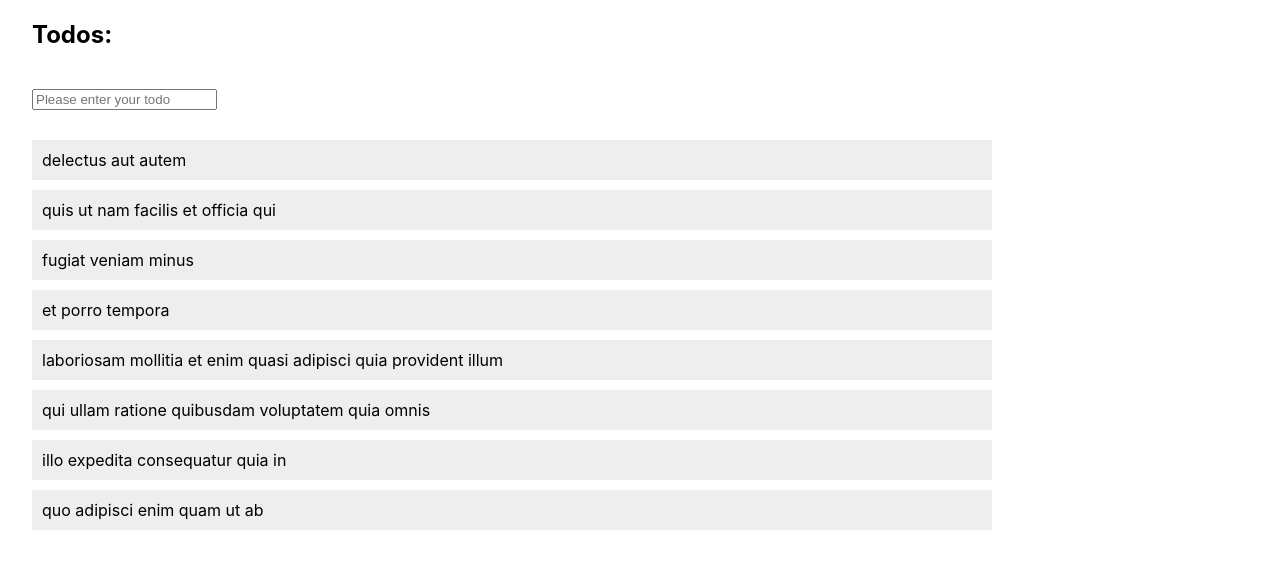
Repository: vhoreho/react
Page: / (app in myapp/)
An editor plug-in stored every save of this project. The page is shown before and after the next save, followed by the edit.
The browser window is 1280 px wide. The pictures show the whole page.
The project was rebuilt for these pictures with package versions that can differ from the ones it lists, and the page was loaded fresh each time.

Above is the page before, as saved 2022-08-08 21:33:40.

### myapp/src/App.js
import './App.css';
import Todos from './components/Todos';

function App() {
  return (
    <div className="App">
      <Todos />
    </div>
  );
}

export default App;

### myapp/src/App.css
.App {
  max-width: 960px;
  margin-inline: 2rem;
}

### myapp/src/components/Todos.js
import React, { useState } from 'react'
import { todos as initialState } from '../data'
import TodoItem from './TodoItem';
import Input from './Input';

export default function Todos() {
    const [todos, setTodos] = useState(initialState);

    return (
        <div>
            <h2>Todos:</h2>
            <Input />
            <ul style={{
                listStyle: 'none',
                padding: 0,
                margin: 0
            }}>
                {todos.map(todo => <TodoItem key={todo.id} {...todo} />)}
            </ul>
        </div>
    )
}

### myapp/src/data/index.js
export const todos = [
  {
    "userId": 1,
    "id": 1,
    "title": "delectus aut autem",
    "completed": false
  },
  {
    "userId": 1,
    "id": 2,
    "title": "quis ut nam facilis et officia qui",
    "completed": false
  },
  {
    "userId": 1,
    "id": 3,
    "title": "fugiat veniam minus",
    "completed": false
  },
  {
    "userId": 1,
    "id": 4,
    "title": "et porro tempora",
    "completed": true
  },
  {
    "userId": 1,
    "id": 5,
    "title": "laboriosam mollitia et enim quasi adipisci quia provident illum",
    "completed": false
  },
  {
    "userId": 1,
    "id": 6,
    "title": "qui ullam ratione quibusdam voluptatem quia omnis",
    "completed": false
  },
  {
    "userId": 1,
    "id": 7,
    "title": "illo expedita consequatur quia in",
    "completed": false
  },
  {
    "userId": 1,
    "id": 8,
    "title": "quo adipisci enim quam ut ab",
    "completed": true
  }
]

### myapp/src/components/TodoItem.js
import React from 'react'

export default function TodoItem(props) {
    const { id, copmpleted, title } = props;
    return (
        <li style={{
            background: '#eee',
            display: 'block',
            margin: '10px 0',
            padding: '10px'
        }}>
            {title}
        </li>
    )
}

### myapp/src/components/Input.js
import React, { useState } from 'react'

export default function Input() {
  const [value, setValue] = useState('');
  return (
    <input
      placeholder='Please enter your todo'
      style={{
        margin: '20px 0'
      }}
      value={value}
    />
  )
}

Loaded but not shown: myapp/public/index.html (common file); myapp/src/index.js (common file); myapp/src/index.css (common file)

After the next save:
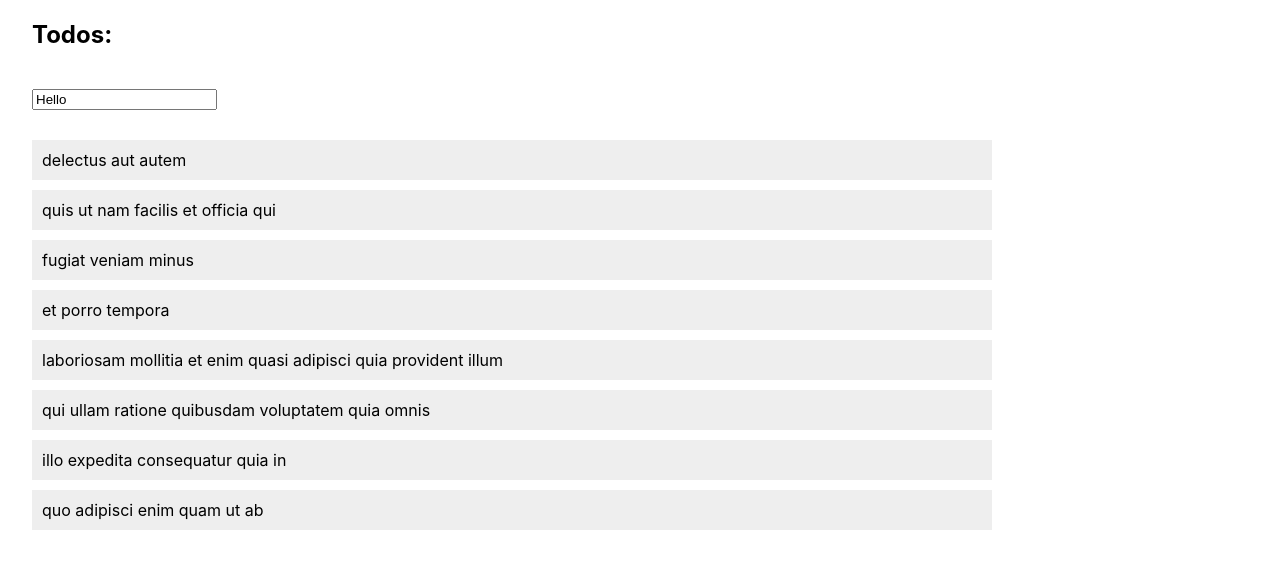
Saved 19 s later.
--- a/myapp/src/components/Input.js
+++ b/myapp/src/components/Input.js
@@ -1,7 +1,7 @@
 import React, { useState } from 'react'
 
 export default function Input() {
-  const [value, setValue] = useState('');
+  const [value, setValue] = useState('Hello');
   return (
     <input
       placeholder='Please enter your todo'

After the 4 saves that followed:
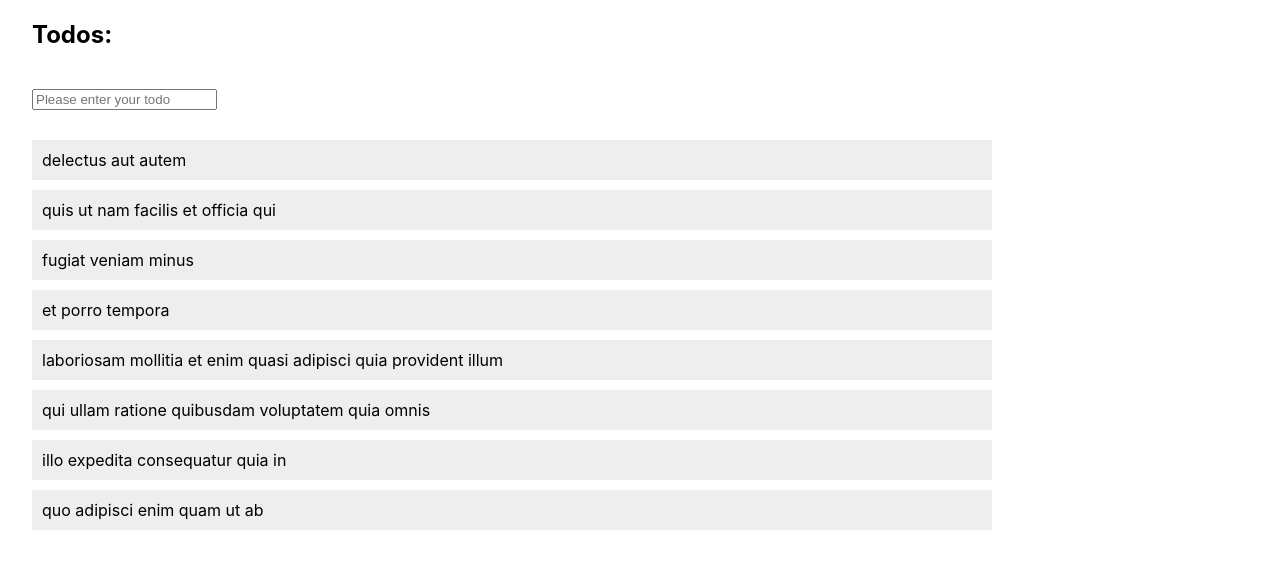
The 4 saves are shown as one change because 2 did not build or start and 1 left the picture as it was.
The last was saved 98 s later.
--- a/myapp/src/components/Input.js
+++ b/myapp/src/components/Input.js
@@ -1,7 +1,8 @@
 import React, { useState } from 'react'
 
 export default function Input() {
-  const [value, setValue] = useState('Hello');
+  const [value, setValue] = useState('');
+  console.log(value);
   return (
     <input
       placeholder='Please enter your todo'
@@ -9,6 +10,7 @@
         margin: '20px 0'
       }}
       value={value}
+      onChange={(event) => setValue(event.target.value)}
     />
   )
 }
